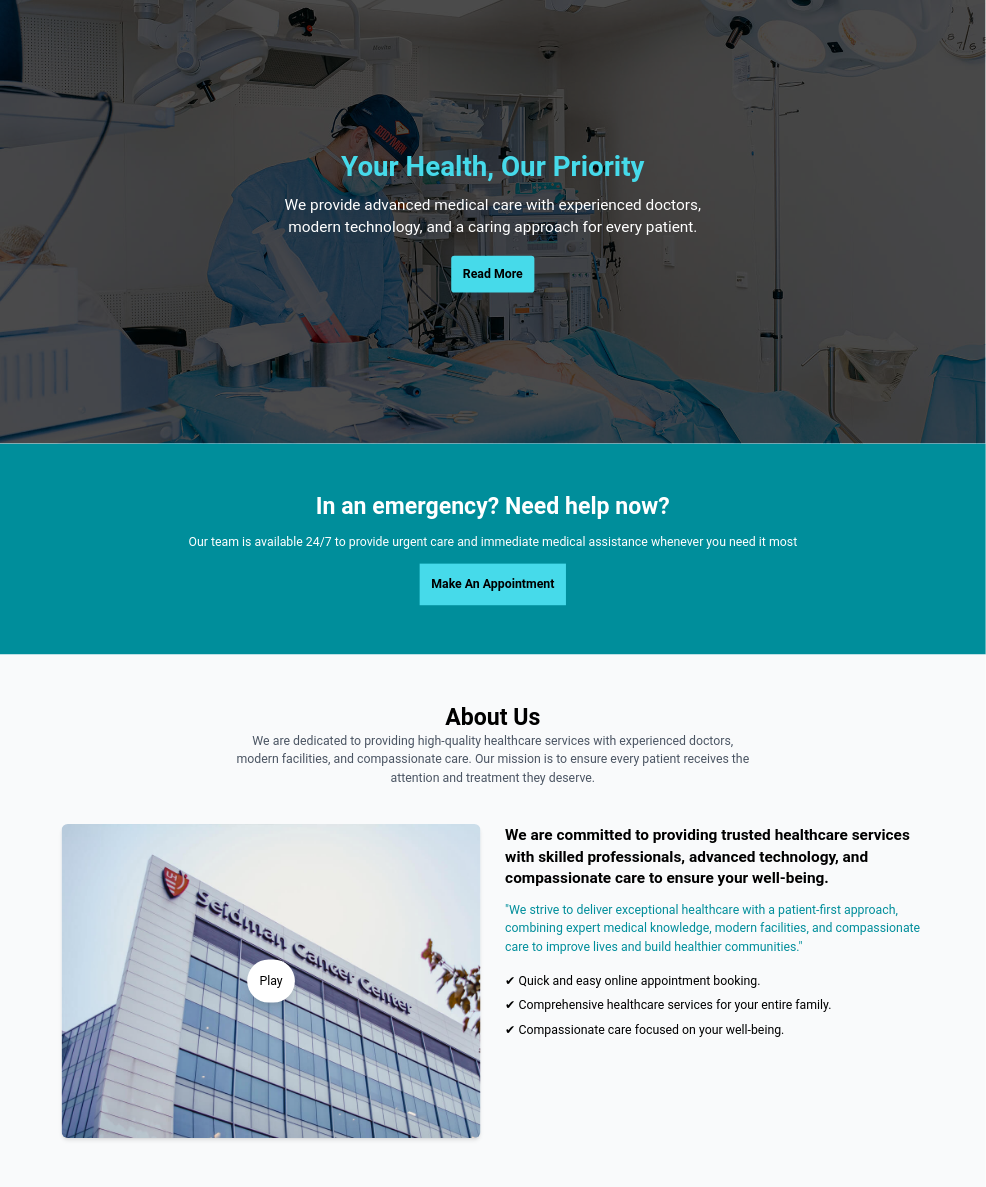
Repository: ahmedkhaleddev02-del/DoctorAppointment-MERN
Page: / (app in frontend/frontend/)
An editor plug-in stored every save of this project. The page is shown before and after the next save, followed by the edit.
The browser window is 1280 px wide. The pictures show the whole page, at 77% of full size.
The project was rebuilt for these pictures with package versions that can differ from the ones it lists, and the page was loaded fresh each time.

Above is the page before, as saved 2025-07-27 18:13:16.

After the next save:
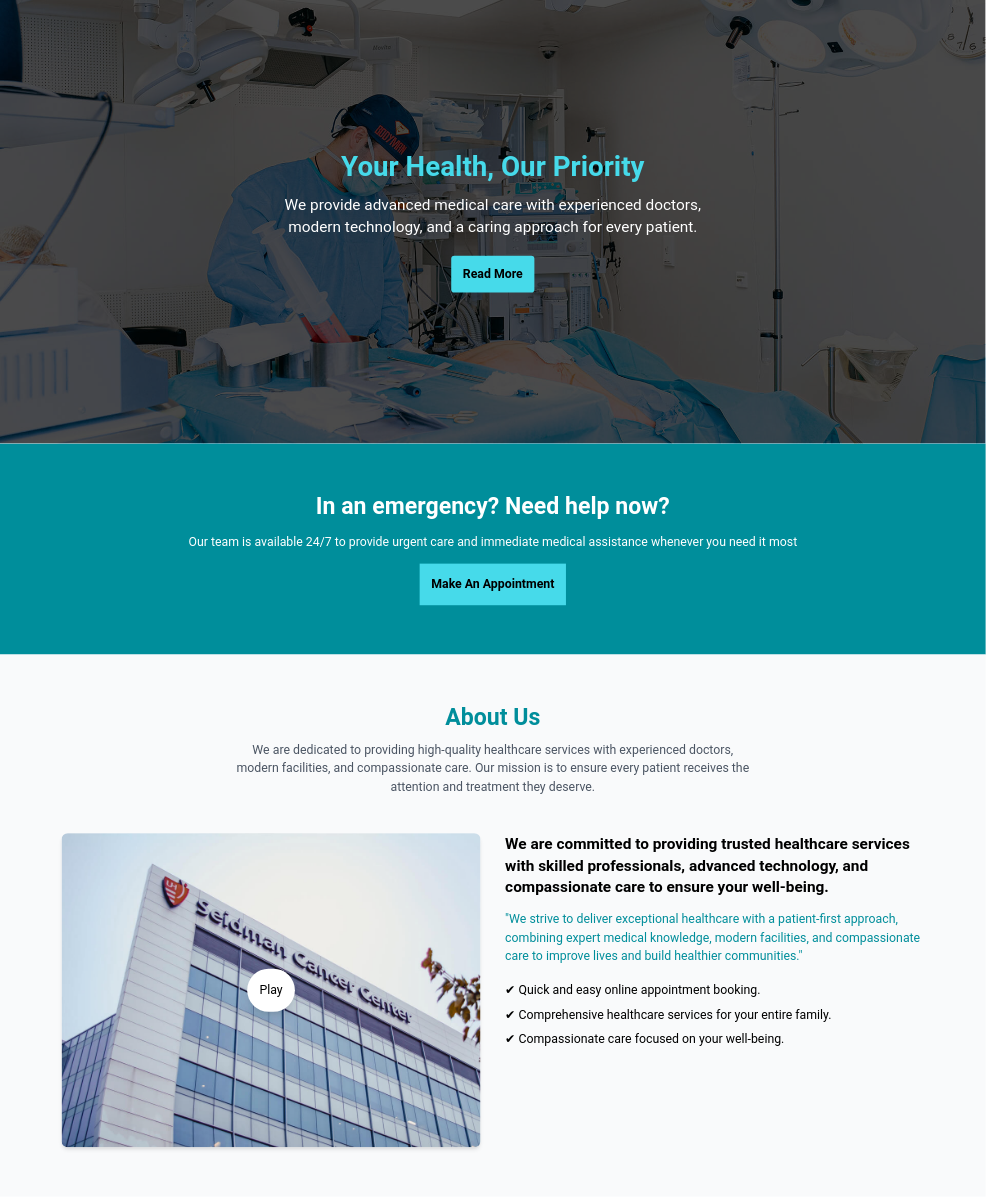
Saved 70 s later.
--- a/frontend/frontend/src/components/About.jsx
+++ b/frontend/frontend/src/components/About.jsx
@@ -5,7 +5,7 @@
     <section className="py-16 bg-gray-50">
 
         <div className='text-center mb-12'>
-            <h2 className='text-3xl font-bold'>About Us</h2>
+            <h2 className='text-3xl font-bold mb-3 text-[#008e9b]'>About Us</h2>
         <p className="text-gray-600 max-w-2xl mx-auto">
         We are dedicated to providing high-quality healthcare services with experienced doctors,
         modern facilities, and compassionate care. Our mission is to ensure every patient receives
@@ -15,7 +15,7 @@
 
         </div>
 
-        <div className='max-w-6xl mx-auto grid sm:grid-cols-1 md:grid-cols-2 gap-8 px-4'>
+        <div className='max-w-6xl  mx-auto grid sm:grid-cols-1 md:grid-cols-2 gap-8 px-4'>
             <div className='relative'>
                 <img src={AboutUs}  className="rounded-lg shadow-md"/>
                 <a href='https://www.youtube.com/watch?v=Y7f98aduVJ8' className="absolute inset-0 flex items-center justify-center">
